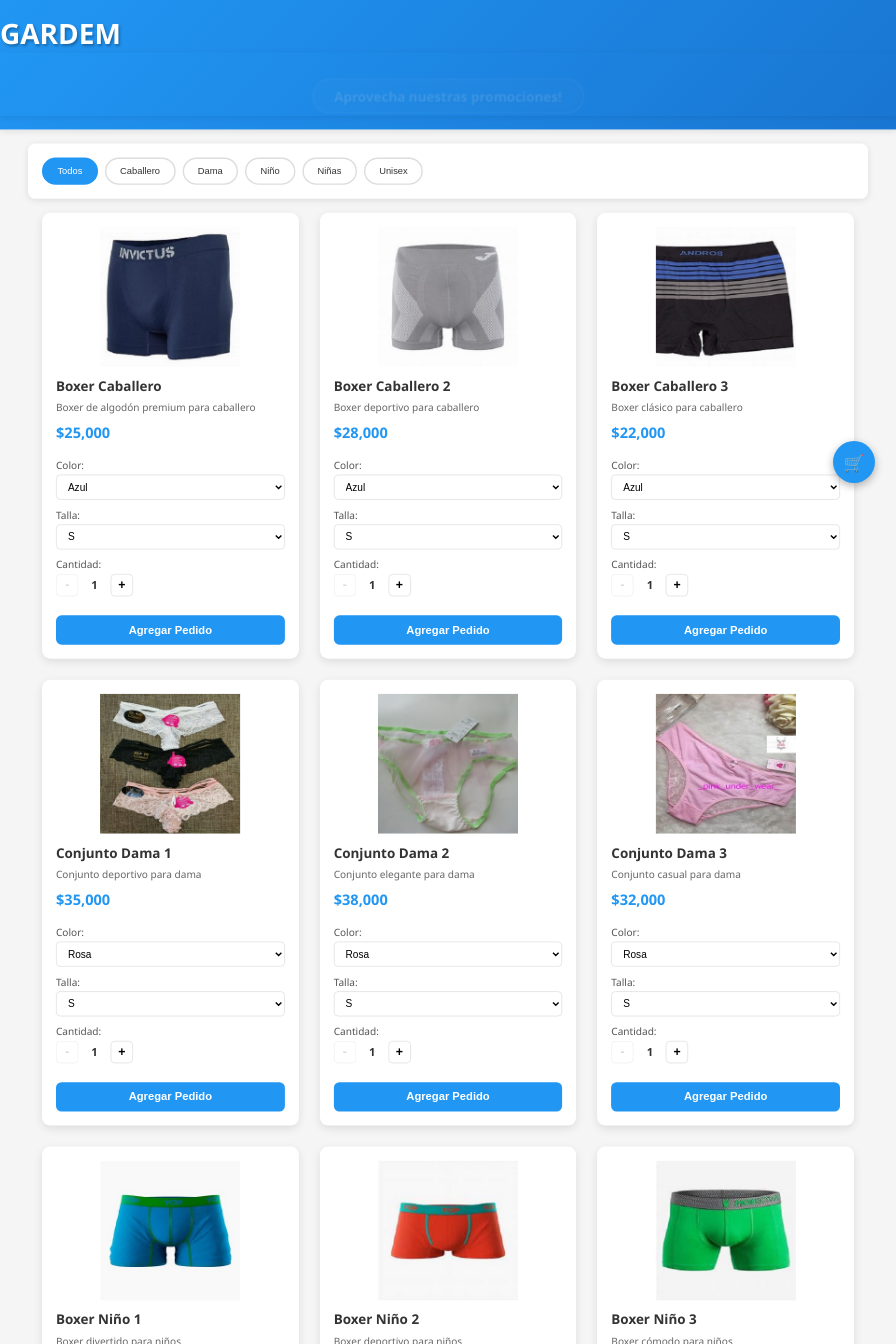
Repository: dasalgar123/gardem_react
Page: /
These files come from the project's save history. The page is drawn as it stood at one moment and after the next save; the edit follows.
The browser window is 1280 px wide. The pictures show the part of the page from y = 0 to 1920 px (the page is 2992 px tall before and 3660 px after), at 70% of full size.
The project was rebuilt for these pictures with package versions that can differ from the ones it lists, and the page was loaded fresh each time.

Above is the page before, as saved 2025-08-02 18:55:51.

After the next save:
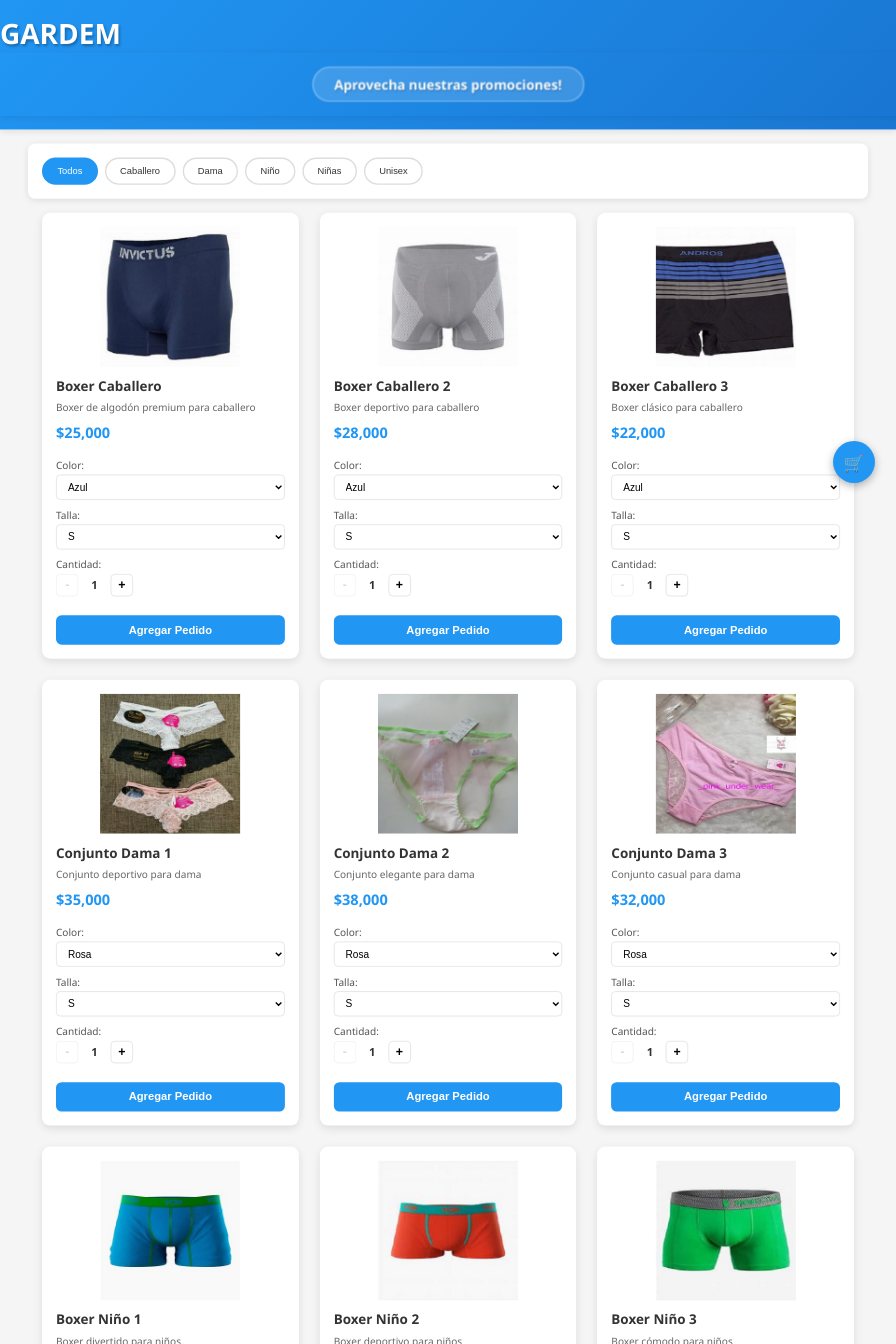
Saved 17 s later.
--- a/src/App.js
+++ b/src/App.js
@@ -137,6 +137,36 @@
         imagen: "/img/Niñas/niña3.jpeg",
         colores: ["Rosa", "Azul", "Negro", "Blanco"],
         tallas: ["XS", "S", "M", "L"]
+      },
+      {
+        id: 13,
+        nombre: "Boxer Unisex 1",
+        descripcion: "Boxer deportivo unisex",
+        precio: 25000,
+        categoria: "unisex",
+        imagen: "/img/Unixes/boxer6_1.jpg",
+        colores: ["Azul", "Rojo", "Verde", "Negro"],
+        tallas: ["S", "M", "L", "XL"]
+      },
+      {
+        id: 14,
+        nombre: "Boxer Unisex 2",
+        descripcion: "Boxer cómodo unisex",
+        precio: 23000,
+        categoria: "unisex",
+        imagen: "/img/Unixes/boxer6_2.jpg",
+        colores: ["Azul", "Rojo", "Verde", "Negro"],
+        tallas: ["S", "M", "L", "XL"]
+      },
+      {
+        id: 15,
+        nombre: "Boxer Unisex 3",
+        descripcion: "Boxer clásico unisex",
+        precio: 27000,
+        categoria: "unisex",
+        imagen: "/img/Unixes/boxer6_3.jpg",
+        colores: ["Azul", "Rojo", "Verde", "Negro"],
+        tallas: ["S", "M", "L", "XL"]
       }
     ];
 
